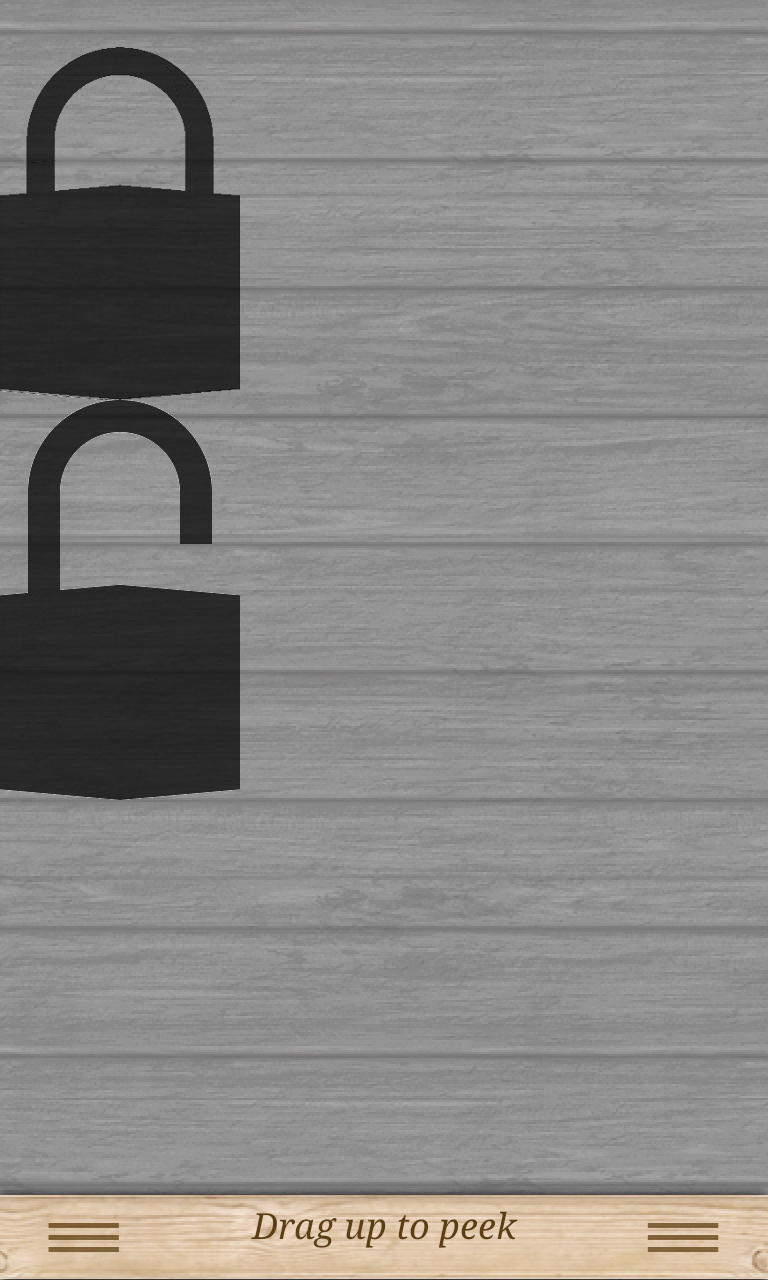
Repository: CrisFeo/JacksonPass
Layout: Android/Passwarp/res/layout/activity_main.xml
The author's editor kept a copy of each file at every save. The layout is drawn from the files as they stood at one save, then again after the next save.
It is drawn on a 768 x 1280 px phone screen (xhdpi) without system bars, with theme AppTheme; the app's code is not run.

Above is the layout before, as saved 2012-09-16 00:08:28.

After the next save:
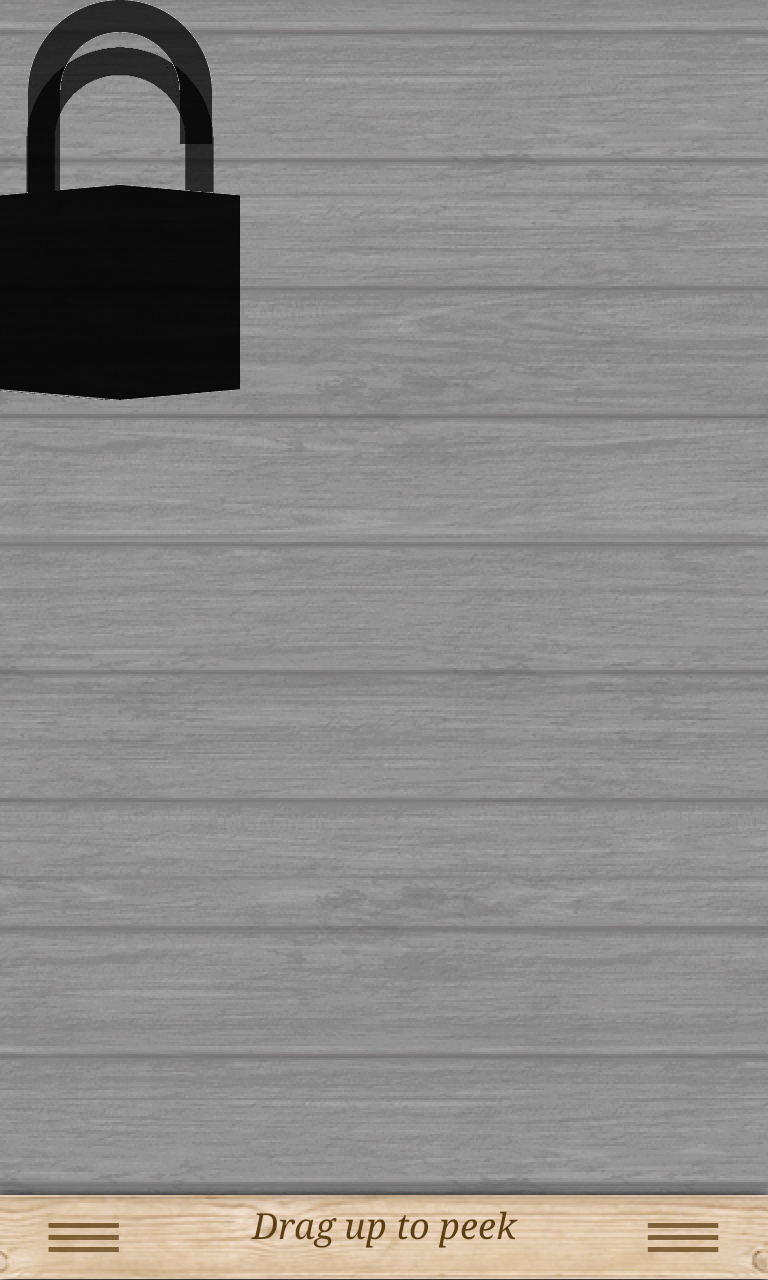
Saved 35 s later.
--- a/Android/Passwarp/res/layout/activity_main.xml
+++ b/Android/Passwarp/res/layout/activity_main.xml
@@ -14,7 +14,6 @@
         android:id="@+id/imageButton2"
         android:layout_width="wrap_content"
         android:layout_height="wrap_content"
-        android:paddingTop="200dip"
         android:src="@drawable/unlock" />
 
     <SlidingDrawer
